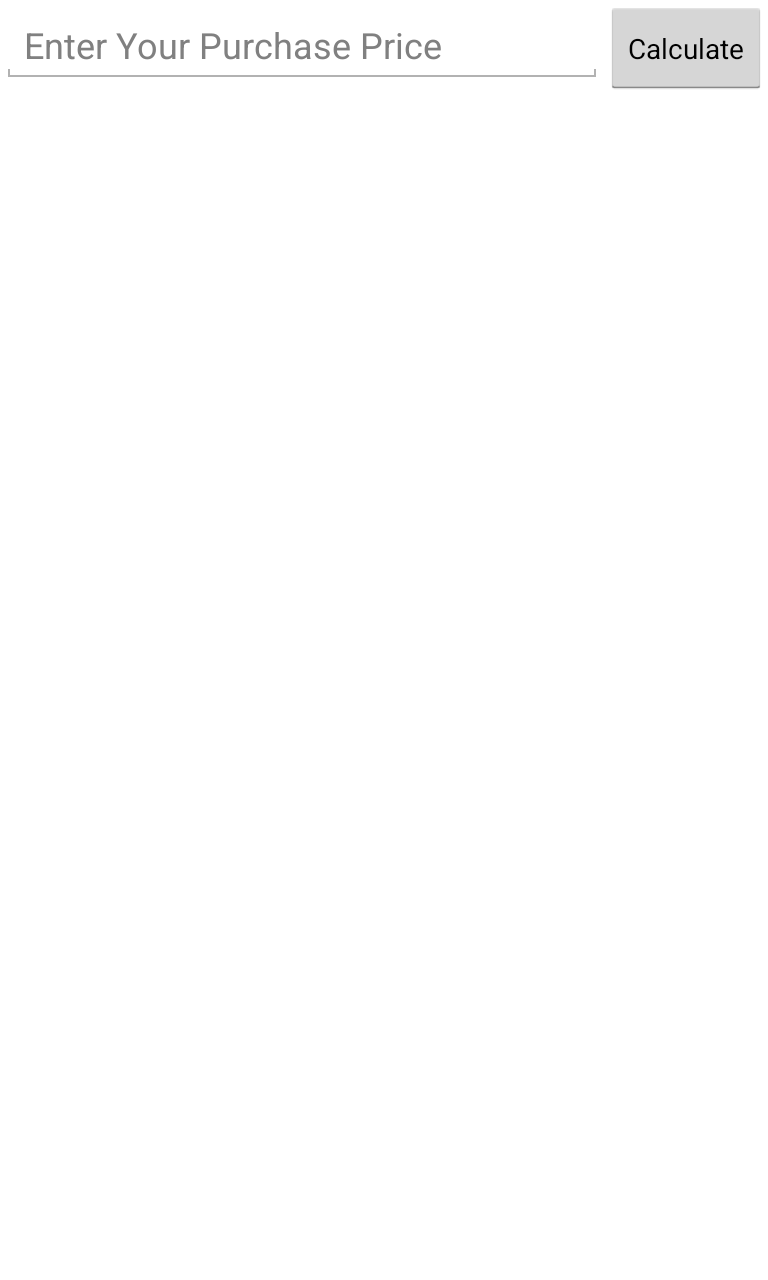
Repository: missxlian/angelHackSac
Layout: workspace/NoteHack/res/layout/fragment_section_intrate.xml
The author's editor kept a copy of each file at every save. The layout is drawn from the files as they stood at one save, then again after the next save.
It is drawn on a 768 x 1280 px phone screen (xhdpi) without system bars, with theme android:Theme.Holo.Light.DarkActionBar; the app's code is not run.

Above is the layout before, as saved 2013-12-01 07:12:01.

### workspace/NoteHack/res/layout/fragment_section_intrate.xml
<?xml version="1.0" encoding="utf-8"?>
<LinearLayout xmlns:android="http://schemas.android.com/apk/res/android"
    android:layout_width="match_parent"
    android:layout_height="match_parent"
    android:orientation="horizontal" >

    <EditText
        android:id="@+id/purPrice"
        android:layout_width="146dp"
        android:layout_height="wrap_content"
        android:layout_weight="0.30"
        android:hint="Enter Your Purchase Price"
        android:inputType="numberDecimal" />

    <Button
        android:id="@+id/interestRate"
        style="?android:attr/buttonStyleSmall"
        android:layout_width="wrap_content"
        android:layout_height="wrap_content"
        android:text="Calculate" />

</LinearLayout>

After the next save:
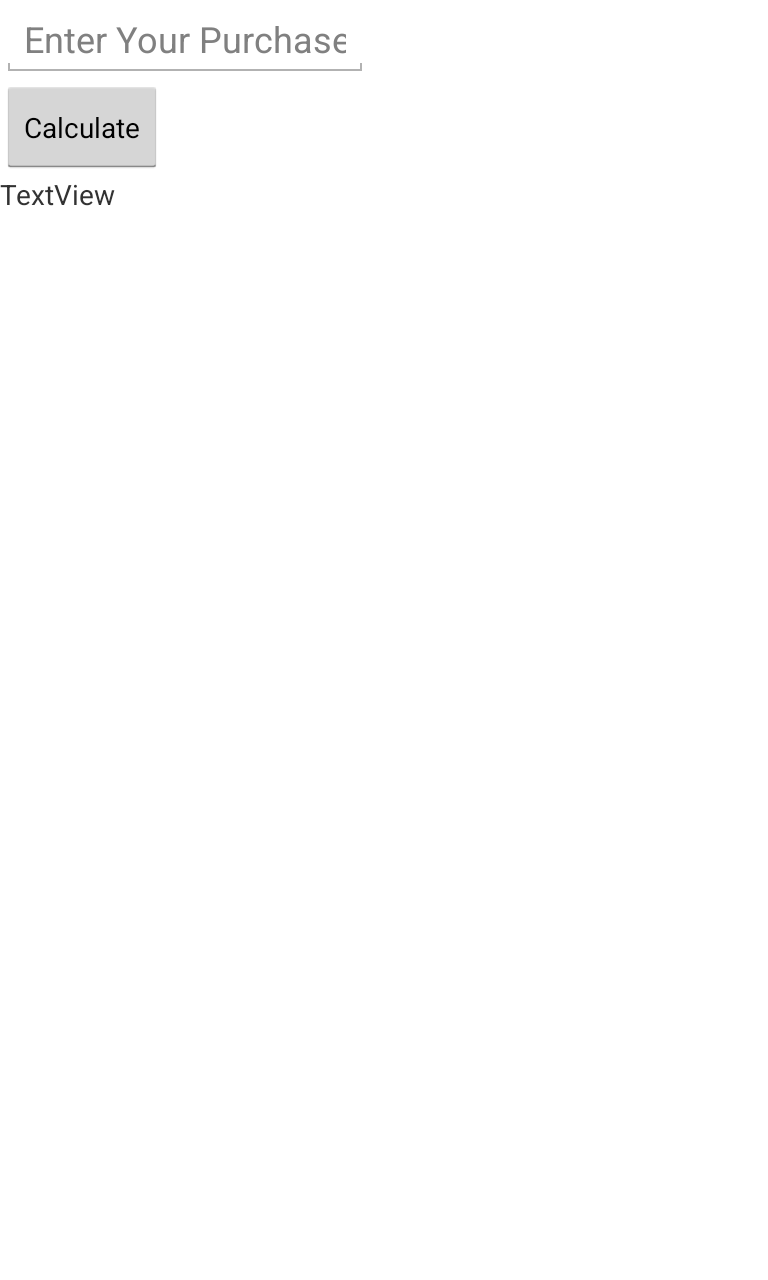
Saved 14 min 48 s later.
--- a/workspace/NoteHack/res/layout/fragment_section_intrate.xml
+++ b/workspace/NoteHack/res/layout/fragment_section_intrate.xml
@@ -1,14 +1,15 @@
 <?xml version="1.0" encoding="utf-8"?>
 <LinearLayout xmlns:android="http://schemas.android.com/apk/res/android"
+    android:id="@+id/LinearLayout1"
     android:layout_width="match_parent"
     android:layout_height="match_parent"
-    android:orientation="horizontal" >
+    android:orientation="vertical" >
 
     <EditText
         android:id="@+id/purPrice"
-        android:layout_width="146dp"
+        android:layout_width="185dp"
         android:layout_height="wrap_content"
-        android:layout_weight="0.30"
+        android:ems="10"
         android:hint="Enter Your Purchase Price"
         android:inputType="numberDecimal" />
 
@@ -19,4 +20,10 @@
         android:layout_height="wrap_content"
         android:text="Calculate" />
 
+    <TextView
+        android:id="@+id/textView1"
+        android:layout_width="182dp"
+        android:layout_height="57dp"
+        android:text="TextView" />
+
 </LinearLayout>
